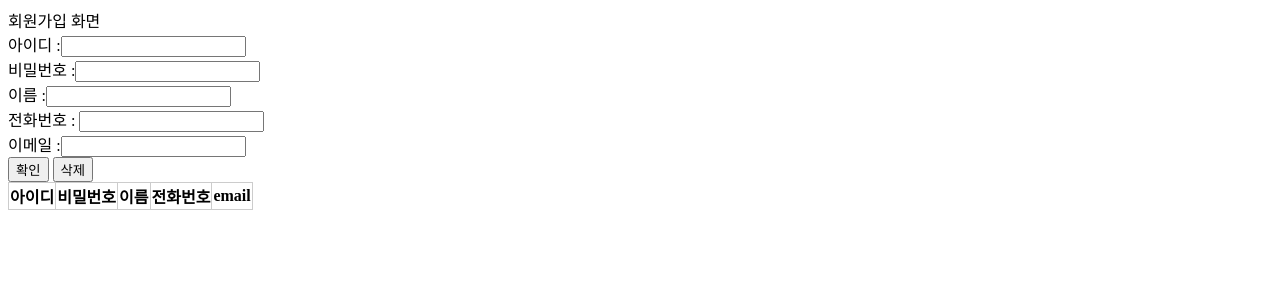
Repository: kdh2212/KDT_code
Page: http://localhost/20250801Web/memberSearch2.jsp
The author's editor kept a copy of each file at every save. The page is drawn from the files as they stood at one save, then again after the next save.
The browser window is 1280 px wide. The pictures show the whole page.
The page is served by Tomcat 9. Queries for data that is not in the repository find no rows.

Above is the page before, as saved 2025-08-01 07:16:52.

After the next save:
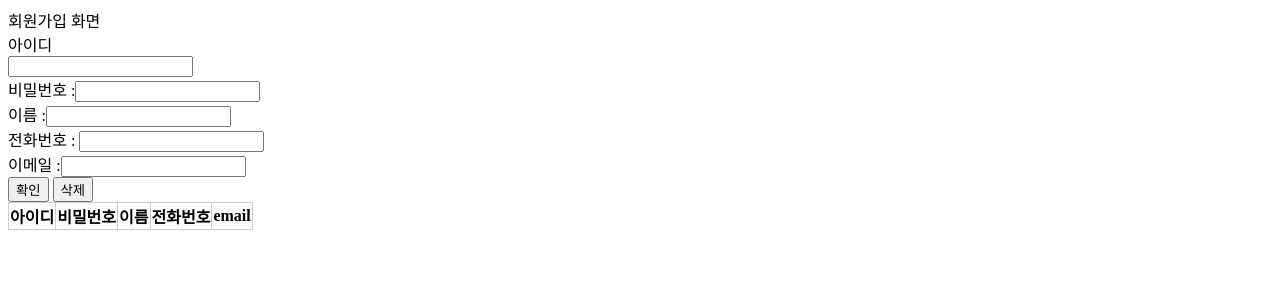
Saved 32 s later.
--- a/20250801Web/src/main/webapp/memberSearch2.jsp
+++ b/20250801Web/src/main/webapp/memberSearch2.jsp
@@ -10,7 +10,7 @@
 <body>
 <form>
 회원가입 화면<br/>
-아이디	:<input type="text" name="member_id"/><br/>
+아이디<br/><input type="text" name="member_id"/><br/>
 비밀번호	:<input type="text" name="member_pw" /><br/>
 이름		:<input type="text" name="member_name" /><br/>
 전화번호	: <input type="text" name="member_number" /><br/>
